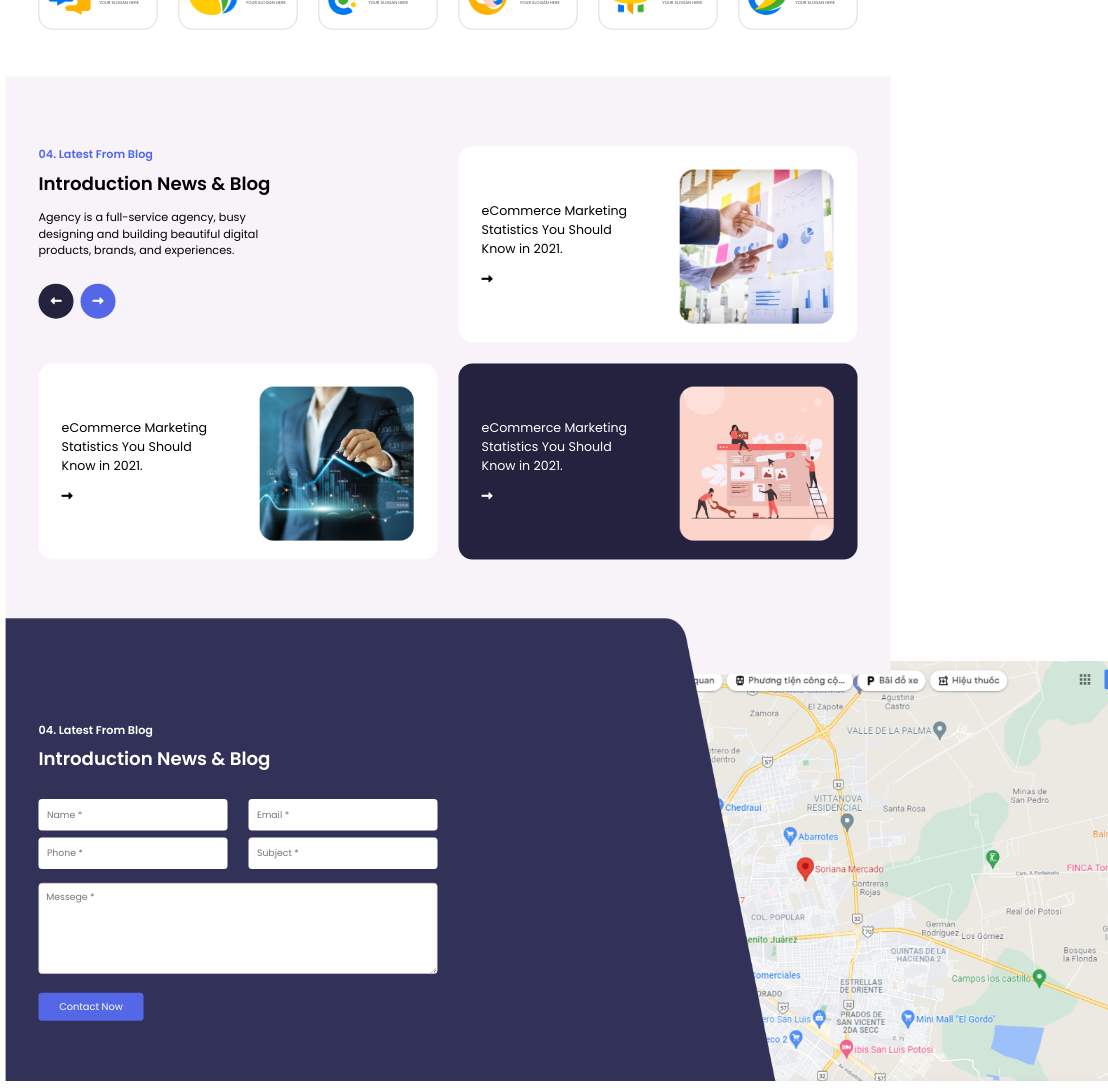
Repository: tranchi0120/LangdingPage-Htmlcss-Ago
Page: index.html
The author's editor kept a copy of each file at every save. The page is drawn from the files as they stood at one save, then again after the next save.
The browser window is 1280 px wide. The page is 1583 px wide, so the pictures cover 1583 px, including what lies to the right of the window. The pictures show the part of the page from y = 3385 to 4945 px (the page is 4945 px tall), at 70% of full size.
Some web libraries are served in a nearby version. The style sheet was rebuilt from its Sass, Less or Tailwind sources for each picture, by a compiler version that may differ from the author's.

Above is the page before, as saved 2022-07-15 10:21:39.

After the next save:
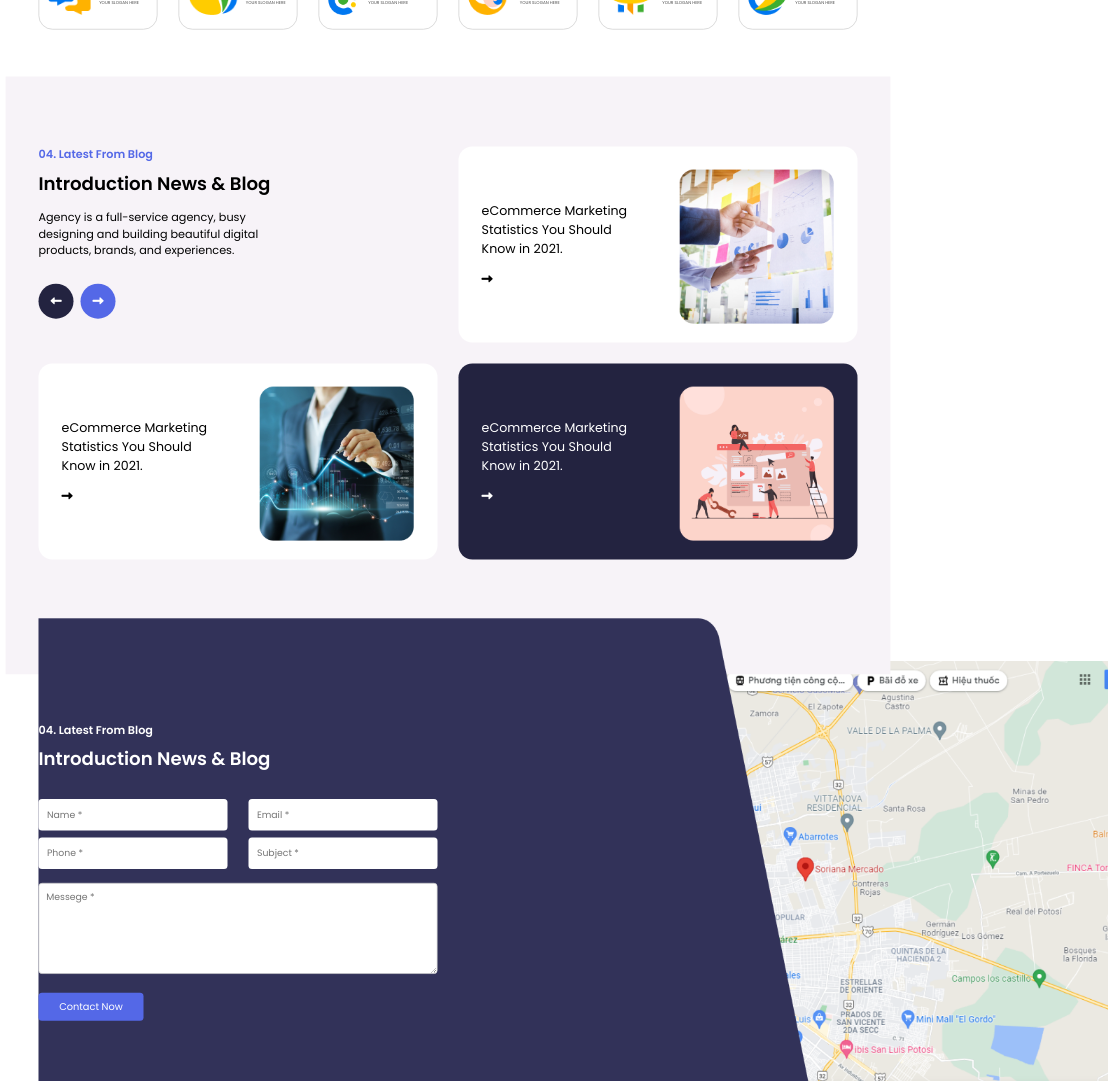
Saved 4 min 32 s later.
--- a/index.html
+++ b/index.html
@@ -351,8 +351,9 @@
             </div>
         </section>
         <section class="contact">
-            <img class="contact-background" src="./images/background.png" alt="#">
-            <div class="container">
+
+            <div class="container">
+                <img class="contact-background" src="./images/background.png" alt="#">
                 <div class="contact-main">
                     <div class="contact-left">
                         <h5 class="contact-left-number">
